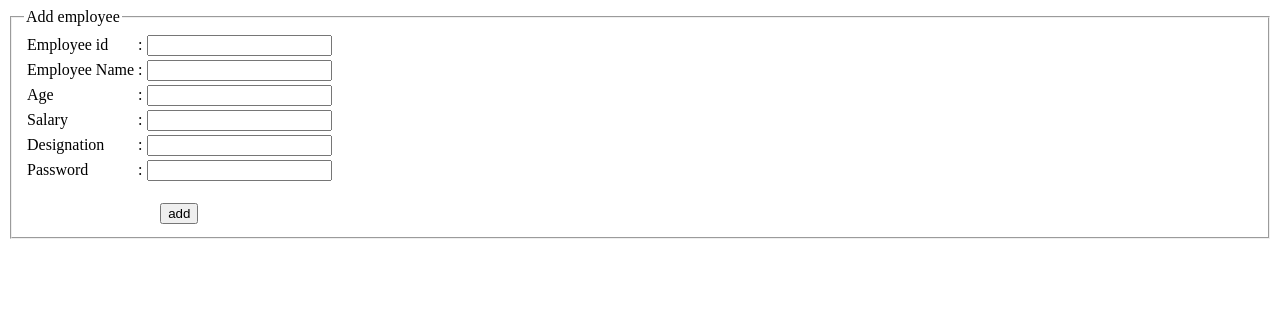
Repository: Ashwini12344/TY_CG_HTD_BangaloreNovember_JFS_AshwiniR
Page: http://localhost/mywebapp/AddEmpFormJsp.jsp
An editor plug-in stored every save of this project. The page is shown before and after the next save, followed by the edit.
The browser window is 1280 px wide. The pictures show the whole page.
The page is served by Tomcat 9. Nobody is signed in. The application's start-up code is not run. Other server files are loaded and not shown.

Above is the page before, as saved 2019-12-18 13:06:31.

### BackEnd/Servlets/mywebapp/src/main/webapp/AddEmpFormJsp.jsp
<%@page import="com.capgemini.mywebapp.beans.EmployeeInfoBean"%>
<%@ page language="java" contentType="text/html; charset=ISO-8859-1"
    pageEncoding="ISO-8859-1"%>
    <%@ page session="false" %>
    <% EmployeeInfoBean employeeInfoBean=(EmployeeInfoBean) request.getAttribute("employeeInfoBean"); %>
<!DOCTYPE html PUBLIC "-//W3C//DTD HTML 4.01 Transitional//EN" "http://www.w3.org/TR/html4/loose.dtd">
<html>
<head>
<meta http-equiv="Content-Type" content="text/html; charset=ISO-8859-1">
<title>Insert title here</title>
</head>
<body>
<fieldset>
<legend>Add employee</legend>
<form action="./addEmployee1" method="post">
<table>
<tr>
<td>Employee id</td>
<td>:</td>
<td><input type="number" name="empId" required>
</tr>
<tr>
<td>Employee Name</td>
<td>:</td>
<td><input type="text" name="name" required>
</tr><tr>
<td>Age</td>
<td>:</td>
<td><input type="number" name="age" required>
</tr>
<tr>
<td>Salary</td>
<td>:</td>
<td><input type="number" name="salary" required>
</tr>

<tr>
<td>Designation</td>
<td>:</td>
<td><input type="text" name="designation" required>
</tr>
<tr>
<td>Password</td>
<td>:</td>
<td><input type="password" name="password" required>
</tr>
<tr>
<td colspan="3" align="center"><br>
<input type="submit" value="add" required>
</td>
</tr>
</table>
</form>
</fieldset>


</body>
</html>

After the next save:
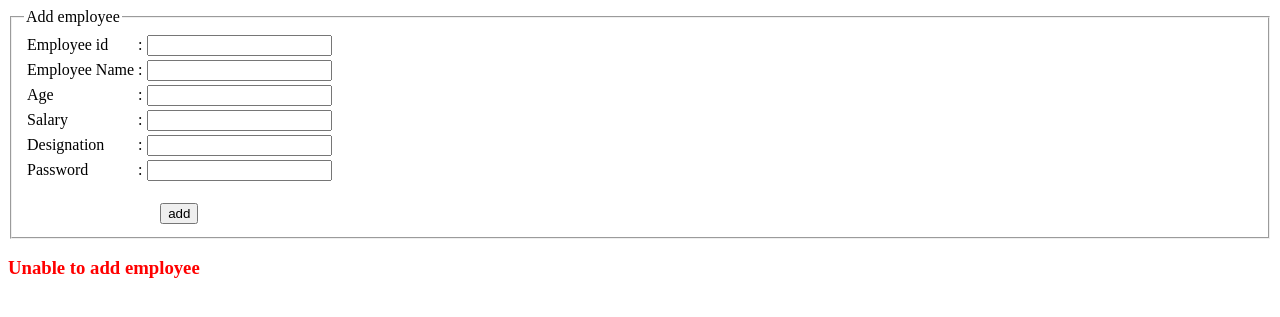
Saved 5 min 3 s later.
--- a/BackEnd/Servlets/mywebapp/src/main/webapp/AddEmpFormJsp.jsp
+++ b/BackEnd/Servlets/mywebapp/src/main/webapp/AddEmpFormJsp.jsp
@@ -52,6 +52,11 @@
 </table>
 </form>
 </fieldset>
+<% if(employeeInfoBean==null) { %>
+<h3 style="color:red ">Unable to add employee</h3>
+<%} else{ %>
+<h3 style="color: green;">Employee added successfully</h3>
+<% } %>
 
 
 </body>
